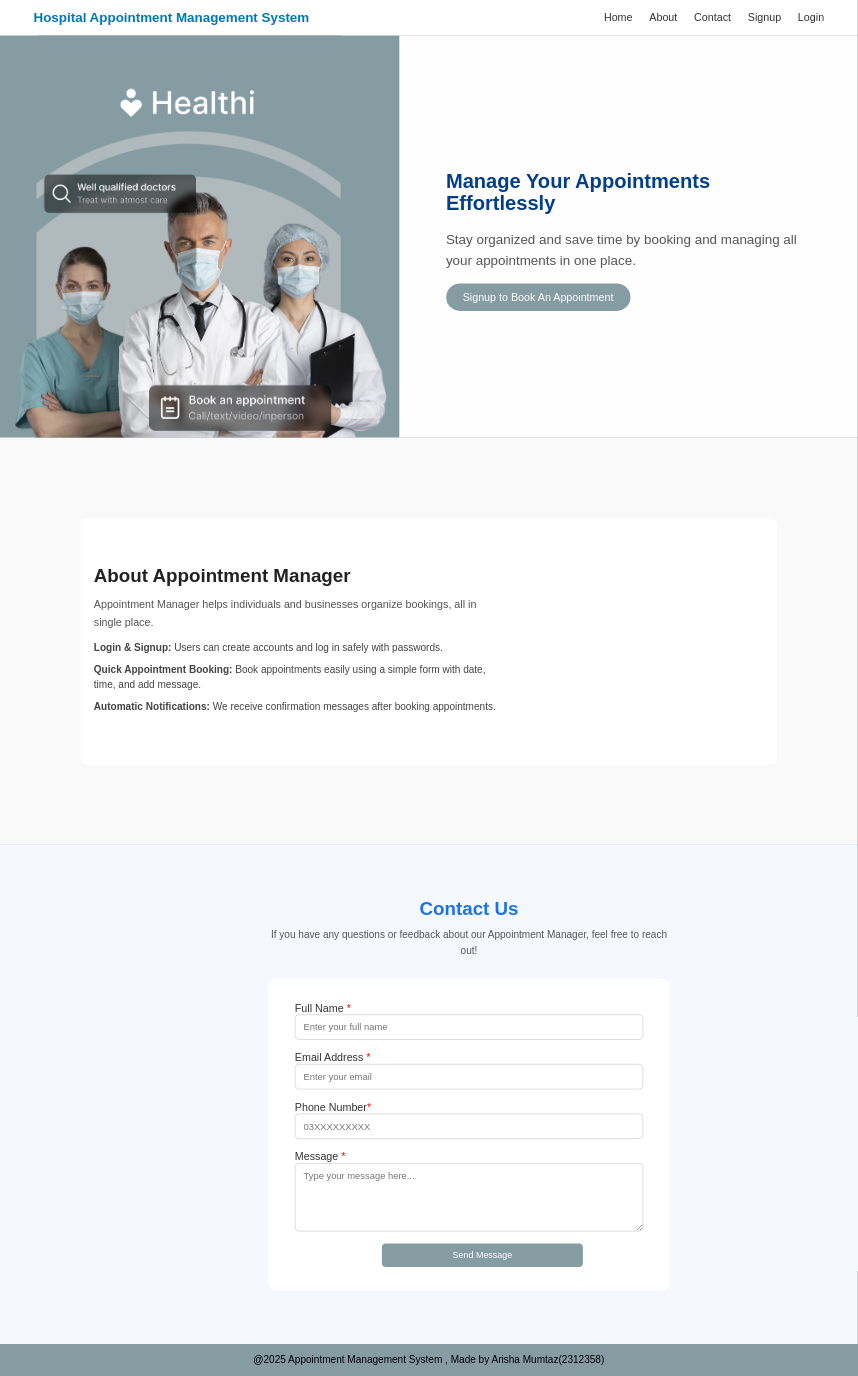
Repository: Arisha004/hospital-management-midterm-
Page: http://localhost/landingpage.html
The author's editor kept a copy of each file at every save. The page is drawn from the files as they stood at one save, then again after the next save.
The browser window is 1280 px wide. The pictures show the whole page, at 67% of full size.
The page is run by PHP 8.4 with error messages shown; the project is at /var/www/html/.

Above is the page before, as saved 2025-11-02 21:22:25.

After the next save:
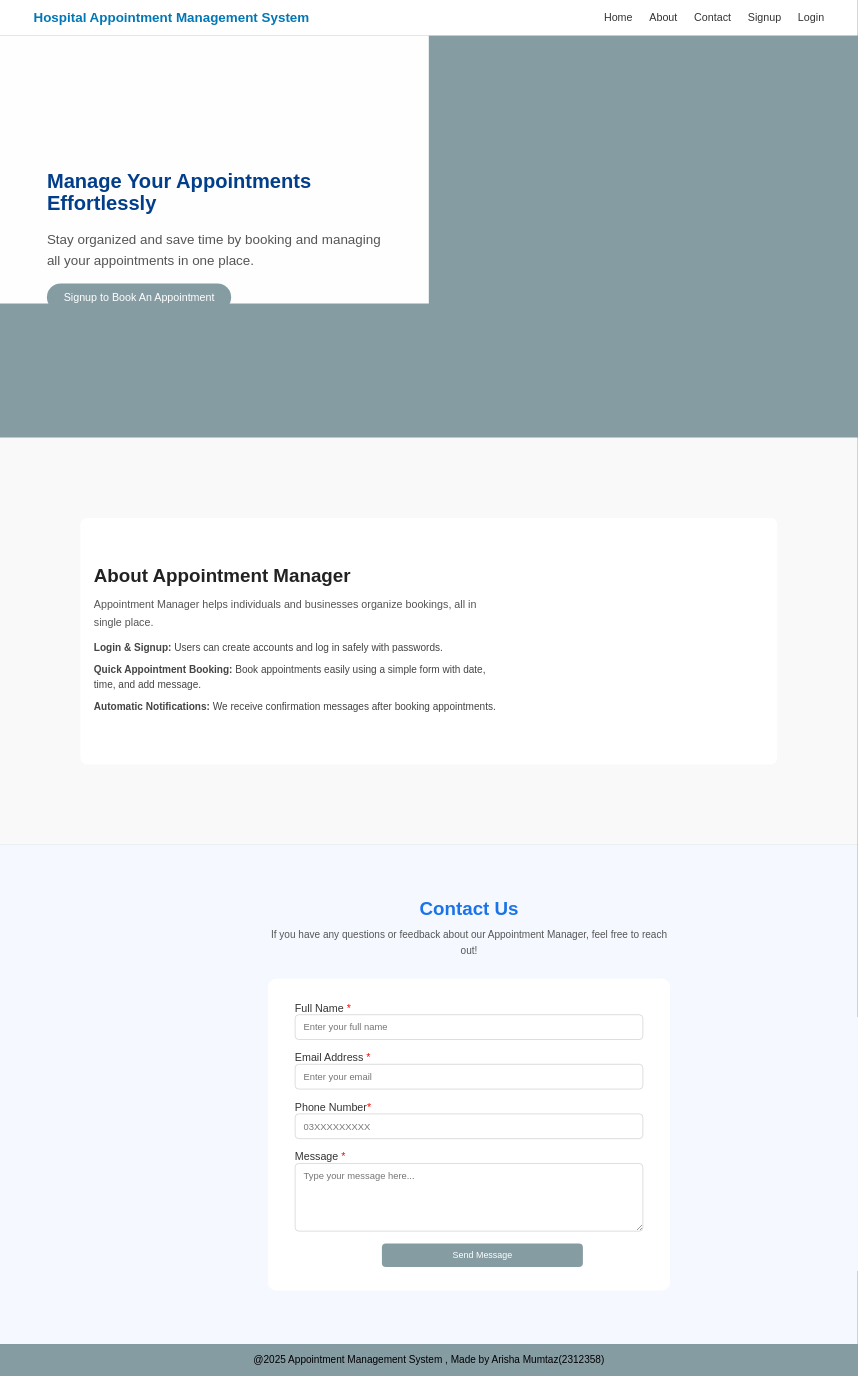
Saved 2 min 14 s later.
--- a/style.css
+++ b/style.css
@@ -151,11 +151,15 @@ input, textarea {
   margin-left: 25px;
 }
 
-
-
 .landing {
-  display: flex;
   height: 600px;
+}
+
+.landing .left,
+.landing .right {
+  width: 50%; /* half of container */
+  float: left; /* side by side */
+  box-sizing: border-box; /* padding doesn’t overflow */
 }
 
 
